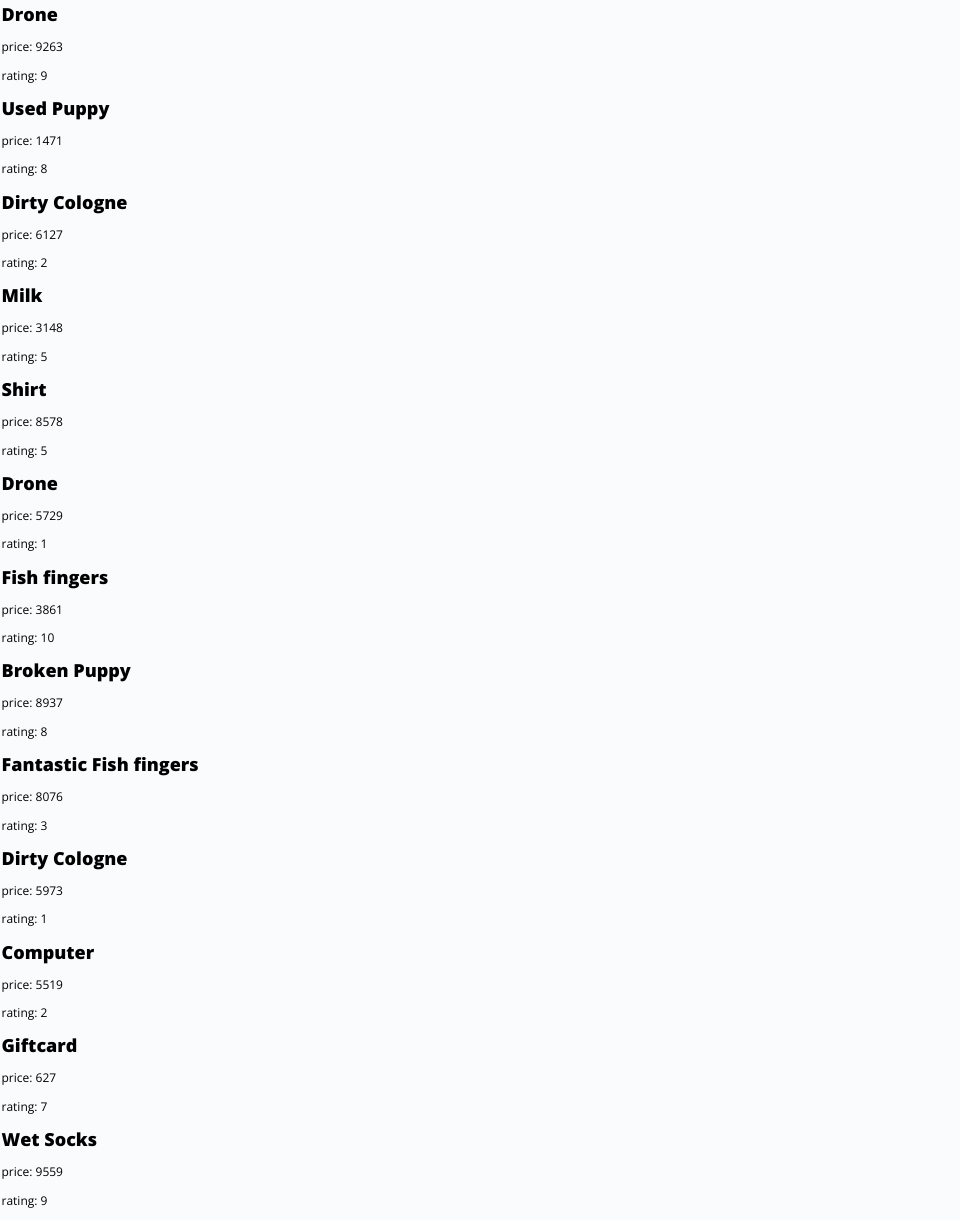
Repository: andrii1/hyf-homework
Page: javascript/javascript2/week1/hyf-bay/index.html
The author's editor kept a copy of each file at every save. The page is drawn from the files as they stood at one save, then again after the next save.
The browser window is 1280 px wide. The pictures show the whole page, at 75% of full size.

Above is the page before, as saved 2022-06-25 16:15:05.

### javascript/javascript2/week1/hyf-bay/index.html
<head>
  <title>HyfBay</title>
  <meta name="viewport" content="width=device-width, initial-scale=1" />
  <link rel="stylesheet" type="text/css" href="main.css" />
  <link href="https://fonts.googleapis.com/css?family=Open+Sans:400,800" rel="stylesheet" />
</head>

<body>
  <main>
    <ul id="list"></ul>
  </main>
  <script src="hyfBayHelpers.js"></script>
  <script src="main.js"></script>
</body>

### javascript/javascript2/week1/hyf-bay/main.css
body {
    font-family: "Open Sans", sans-serif;
    background-color: #F9FBFD;
}

* {
    box-sizing: border-box;
}

body, h1, h2 {
    margin: 0;
}

ul {
    list-style-type: none;
    margin: 2;
    padding: 0;
}

### javascript/javascript2/week1/hyf-bay/hyfBayHelpers.js
/* DONT MODIFY ANY OF THIS CODE!!!*/

window.getAvailableProducts = function () {
  function getRandomInt(min, max) {
    min = Math.ceil(min);
    max = Math.floor(max);
    return Math.floor(Math.random() * (max - min + 1)) + min;
  }

  function getRandomItem(availableProductNames) {
    return availableProductNames[
      getRandomInt(0, availableProductNames.length - 1)
    ];
  }

  function getRandomProductname() {
    const preWords = [
      "Used",
      "Fantastic",
      '"Used"',
      "Broken",
      "Beautiful",
      "Wet",
      "Green",
      "Sloppy",
      "Dirty",
    ];
    const productNames = [
      "Carrot",
      "Drone",
      "Giftcard",
      "Puppy",
      "Car",
      "Shirt",
      "Milk",
      "Chalk",
      "Fish fingers",
      "Socks",
      "Chocolate",
      "Toothbrush",
      "Computer",
      "Nokia",
      "Cologne",
    ];

    let chosenProductName = getRandomItem(productNames);
    const shouldHavePreWord = getRandomInt(0, 10) > 6;

    if (shouldHavePreWord) {
      const preWord = preWords[getRandomInt(0, preWords.length - 1)];
      chosenProductName = `${preWord} ${chosenProductName}`;
    }

    return chosenProductName;
  }

  const numberOfAvailableProducts = getRandomInt(0, 30);
  const availableProducts = Array.apply(
    null,
    Array(numberOfAvailableProducts)
  ).map(() => {
    const name = getRandomProductname();
    return {
      id: `${name}${getRandomInt(0, 100000)}`,
      name,
      price: getRandomInt(0, 10000),
      rating: getRandomInt(1, 10),
    };
  });

  return availableProducts;
};

### javascript/javascript2/week1/hyf-bay/main.js
console.log("Script loaded");

const products = getAvailableProducts();
console.log(products);
const list = document.querySelector("#list");

function renderProducts(products) {
  // your code here
  for (let i = 0; i < products.length; i++) {
    const listItem = document.createElement("li");
    const name = document.createElement("h2");
    const price = document.createElement("p");
    const rating = document.createElement("p");
    name.innerHTML = products[i].name;
    price.innerHTML = `price: ${products[i].price}`;
    rating.innerHTML = `rating: ${products[i].rating}`;
    list.appendChild(listItem);
    list.appendChild(name);
    list.appendChild(price);
    list.appendChild(rating);
  }
}

renderProducts(products); // This should create the ul and the li's with the individual products details

After the next save:
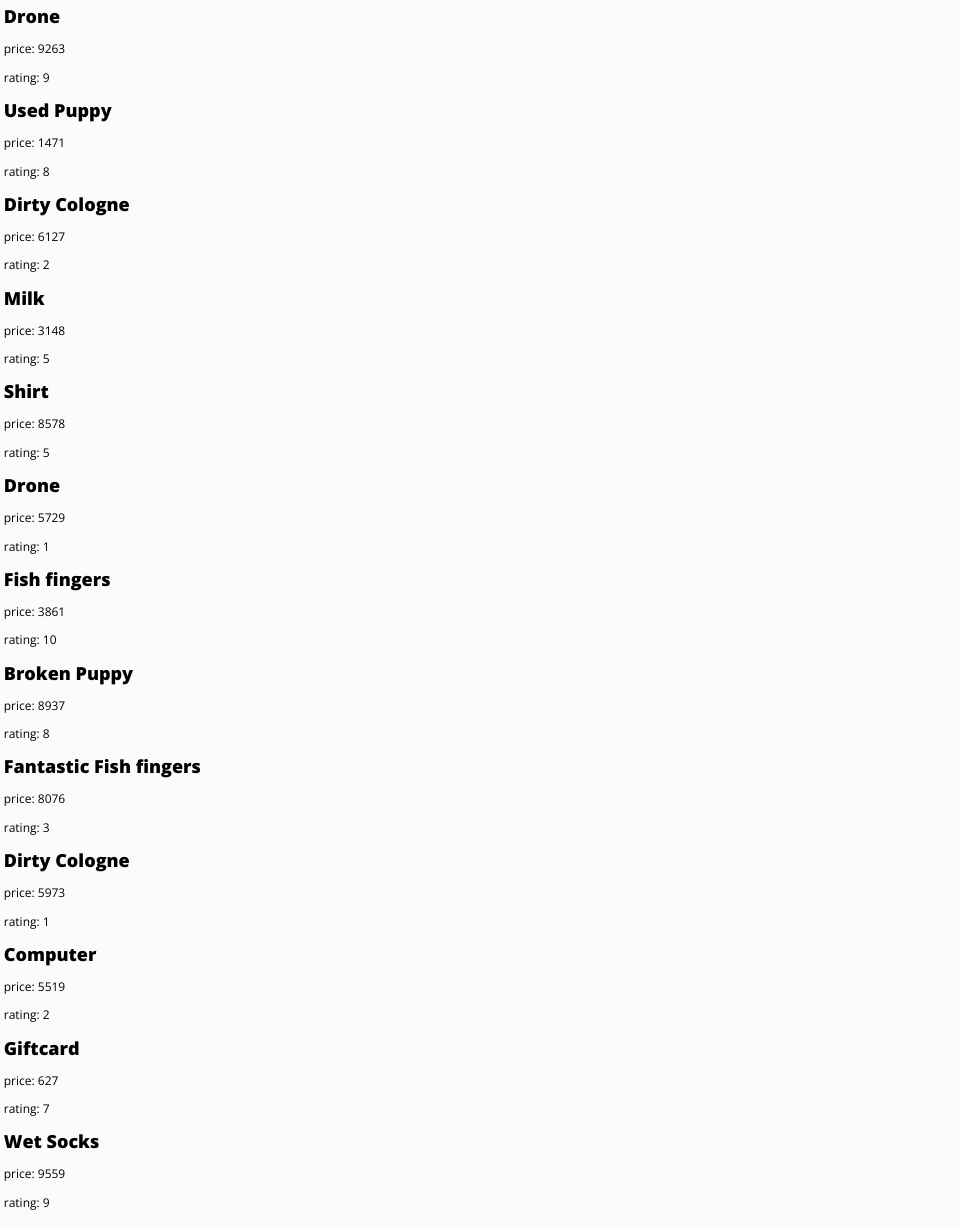
Saved 15 s later.
--- a/javascript/javascript2/week1/hyf-bay/main.css
+++ b/javascript/javascript2/week1/hyf-bay/main.css
@@ -13,6 +13,6 @@ body, h1, h2 {
 
 ul {
     list-style-type: none;
-    margin: 2;
-    padding: 0;
+    margin: 0;
+    padding: 5;
 }
